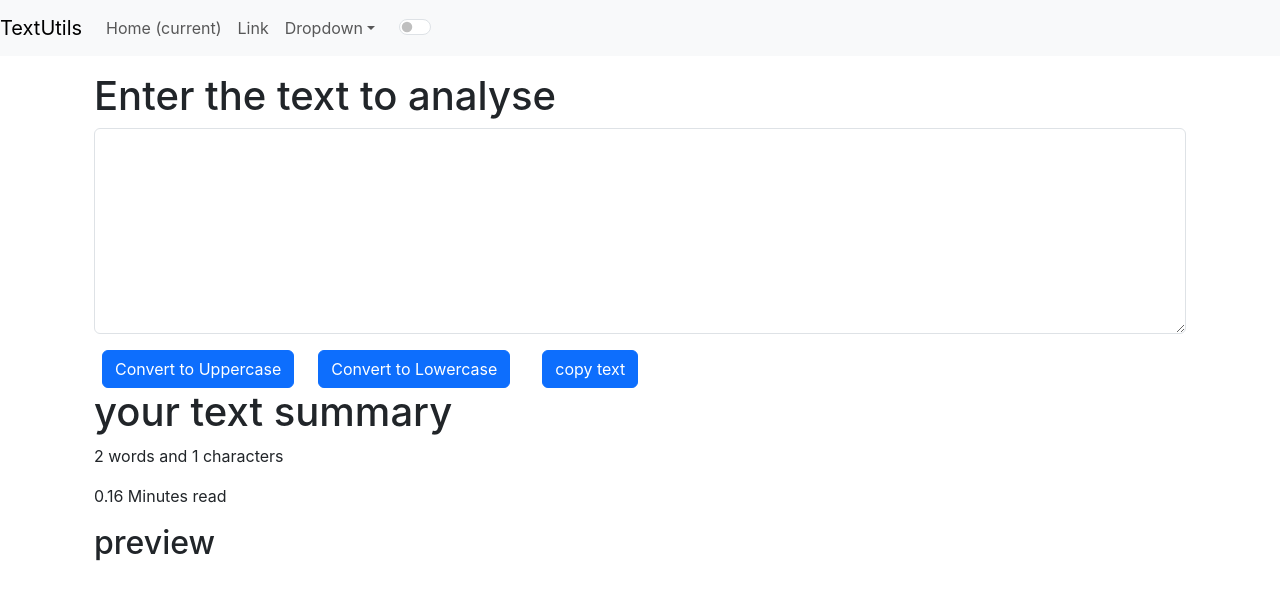
Repository: Aastha1035/React.navbar
Page: /
The author's editor kept a copy of each file at every save. The page is drawn from the files as they stood at one save, then again after the next save.
The browser window is 1280 px wide. The pictures show the whole page.
The project was rebuilt for these pictures with package versions that can differ from the ones it lists, and the page was loaded fresh each time. Also part of the build but not shown: src/App.css.

Above is the page before, as saved 2024-07-17 22:37:07.

### public/index.html
<!DOCTYPE html>
<html lang="en">
  <head>
    <meta charset="utf-8" />
    <link rel="icon" href="%PUBLIC_URL%/favicon.ico" />
    <meta name="viewport" content="width=device-width, initial-scale=1" />
    <meta name="theme-color" content="#000000" />
    <meta
      name="description"
      content="Web site created using create-react-app"
    />
    <link rel="apple-touch-icon" href="%PUBLIC_URL%/logo192.png" />
    <!--
      manifest.json provides metadata used when your web app is installed on a
      user's mobile device or desktop. See https://developers.google.com/web/fundamentals/web-app-manifest/
    -->
    <link rel="manifest" href="%PUBLIC_URL%/manifest.json" />
    <!--
      Notice the use of %PUBLIC_URL% in the tags above.
      It will be replaced with the URL of the `public` folder during the build.
      Only files inside the `public` folder can be referenced from the HTML.

      Unlike "/favicon.ico" or "favicon.ico", "%PUBLIC_URL%/favicon.ico" will
      work correctly both with client-side routing and a non-root public URL.
      Learn how to configure a non-root public URL by running `npm run build`.
    -->
    <link href="https://cdn.jsdelivr.net/npm/bootstrap@5.3.3/dist/css/bootstrap.min.css" rel="stylesheet" integrity="sha384-QWTKZyjpPEjISv5WaRU9OFeRpok6YctnYmDr5pNlyT2bRjXh0JMhjY6hW+ALEwIH" crossorigin="anonymous">
    <title>React App</title>
  </head>
  <body>
    <noscript>You need to enable JavaScript to run this app.</noscript>
    <div id="root"></div>
    <!--
      This HTML file is a template.
      If you open it directly in the browser, you will see an empty page.

      You can add webfonts, meta tags, or analytics to this file.
      The build step will place the bundled scripts into the <body> tag.

      To begin the development, run `npm start` or `yarn start`.
      To create a production bundle, use `npm run build` or `yarn build`.
    -->
    <script src="https://cdn.jsdelivr.net/npm/bootstrap@5.3.3/dist/js/bootstrap.bundle.min.js"
    integrity="sha384-YvpcrYf0tY3lHB60NNkmXc5s9fDVZLESaAA55NDzOxhy9GkcIdslK1eN7N6jIeHz"
    crossorigin="anonymous"></script>
  </body>
</html>

### src/App.js

import './App.css';
//import About from './components/About';
import Navbar from './components/Navbar';
import Textform from './components/Textform';
import React, {useState} from 'react';

function App() {
  const [mode, setMode] = useState('light');

  const toggleMode = ()=>{
    if(mode === 'light'){
      setMode('dark')
    }
    else{
      setMode('light')
    }
  }
  return (
    <>
   < Navbar title="TextUtils" mode={mode} toggleMode={toggleMode}/>
   <div className="container my-3">
   <Textform heading="Enter the text to analyse"/>
   </div>
  </>
  );
}

export default App;

### src/components/Navbar.js
import React from 'react'

export default function Navbar(props) {
  return (
    <nav className={`navbar navbar-expand-lg navbar-${props.mode} bg-${props.mode}`}>
  <a className="navbar-brand" href="#">{props.title}</a>
  <button className="navbar-toggler" type="button" data-toggle="collapse" data-target="#navbarSupportedContent" aria-controls="navbarSupportedContent" aria-expanded="false" aria-label="Toggle navigation">
    <span className="navbar-toggler-icon"></span>
  </button>

  <div className="collapse navbar-collapse" id="navbarSupportedContent">
    <ul className="navbar-nav mr-auto">
      <li className="nav-item active">
        <a className="nav-link" href="#">Home <span className="sr-only">(current)</span></a>
      </li>
      <li className="nav-item">
        <a className="nav-link" href="#">Link</a>
      </li>
      <li className="nav-item dropdown">
        <a className="nav-link dropdown-toggle" href="#" id="navbarDropdown" role="button" data-toggle="dropdown" aria-haspopup="true" aria-expanded="false">
          Dropdown
        </a>
        <div className="dropdown-menu" aria-labelledby="navbarDropdown">
          <a className="dropdown-item" href="#">Action</a>
          <a className="dropdown-item" href="#">Another action</a>
          <div className="dropdown-divider"></div>
          <a className="dropdown-item" href="#">Something else here</a>
        </div>
      </li>
      <li className="nav-item">
        <a className="nav-link disabled" href="#">{props.aboutText}</a>
      </li>
    </ul>
    {/*<form classNameName="form-inline my-2 my-lg-0">
      <input classNameName="form-control mr-sm-5" type="search" placeholder="Search" aria-label="Search"/>
      <button classNameName="btn btn-primary my-2 my-sm-0" type="submit">Search</button>
    </form>*/}
    <div className="form-check form-switch text-light">
       <input className="form-check-input"  onClick={props.toggleMode} type="checkbox" id="flexSwitchCheckDefault"/>
      <label className="form-check-label" htmlFor="flexSwitchCheckDefault">Default switch checkbox input</label>
    </div>
  </div>
</nav>
  )
}

### src/components/Textform.js
import React,{ useState } from "react";
export default function Textform(props) {
    const handleUpclick = ()=>{
        //console.log("uppercase was clicked" + text);
        let newText = text.toUpperCase();
        setText(newText)
    }
    const handleLoclick= ()=>{
        //console.log("handle onchange");
        let newText = text.toLowerCase();
        setText(newText)
    }
    const handleOnchange= (event)=>{
        //console.log("handle onchange");
        setText(event.target.value)
    }
    const handleCopy = () => {
        var text = document.getElementById("myBox");
        text.Selected();
        navigator.clipboard.writeText(text.value);
    }

    const [text, setText] = useState(" ");
  return (
    <>
    <div className="container">
       <h1>{props.heading}</h1>
       <div className="mb-3">
       <textarea className="form-control" value={text} onChange={handleOnchange} id="myBox" rows="8"></textarea>
    </div>
    <button className="btn btn-primary mx-2" onclick={handleUpclick}>Convert to  Uppercase</button>
    <button className="btn btn-primary mx-3" onclick={handleLoclick}>Convert to  Lowercase</button>
    <button className="btn btn-primary mx-3" onclick={handleCopy}>copy text</button>
    </div>
    <div className="container">
        <h1>your text summary</h1>
        <p>{text.split(" ").length} words and {text.length} characters</p>
        <p>{0.08 * text.split(" ").length} Minutes read</p>
        <h2>preview</h2>
        <p>{text}</p>
    </div>

</>


  )
}

Loaded but not shown: src/index.js (common file); src/index.css (common file); src/reportWebVitals.js (common file)

After the next save:
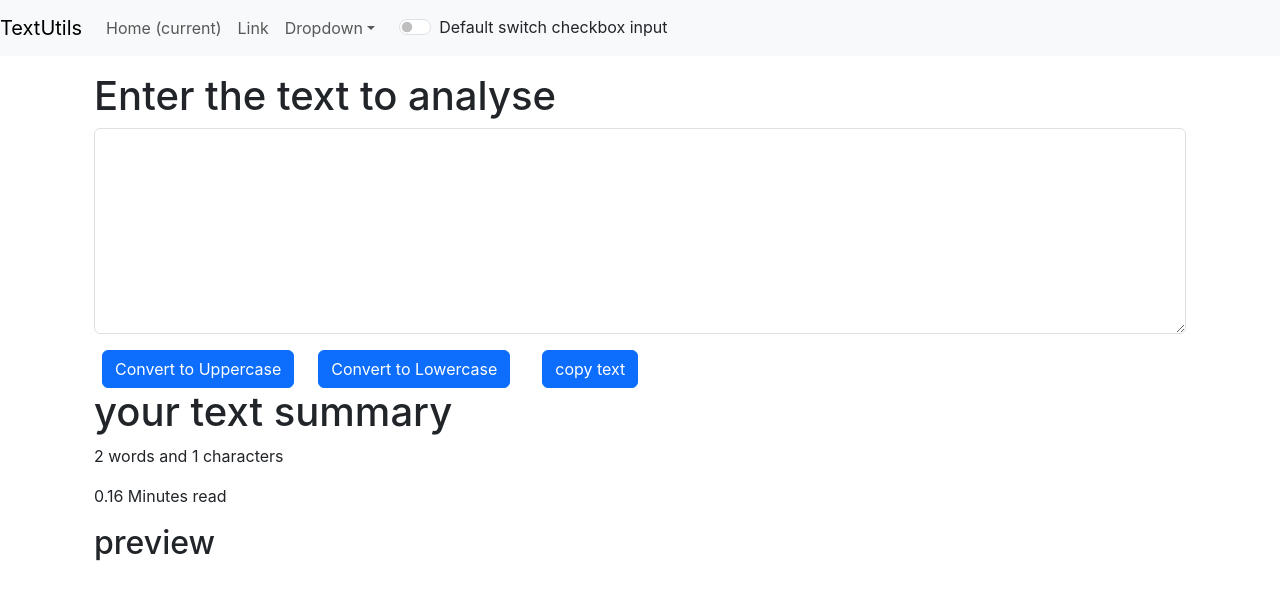
Saved 2 h 7 min later.
--- a/src/components/Navbar.js
+++ b/src/components/Navbar.js
@@ -35,7 +35,7 @@ export default function Navbar(props) {
       <input classNameName="form-control mr-sm-5" type="search" placeholder="Search" aria-label="Search"/>
       <button classNameName="btn btn-primary my-2 my-sm-0" type="submit">Search</button>
     </form>*/}
-    <div className="form-check form-switch text-light">
+    <div className={`form-check form-switch text-${props.mode === 'light'?'dark':'light'}`}>
        <input className="form-check-input"  onClick={props.toggleMode} type="checkbox" id="flexSwitchCheckDefault"/>
       <label className="form-check-label" htmlFor="flexSwitchCheckDefault">Default switch checkbox input</label>
     </div>
